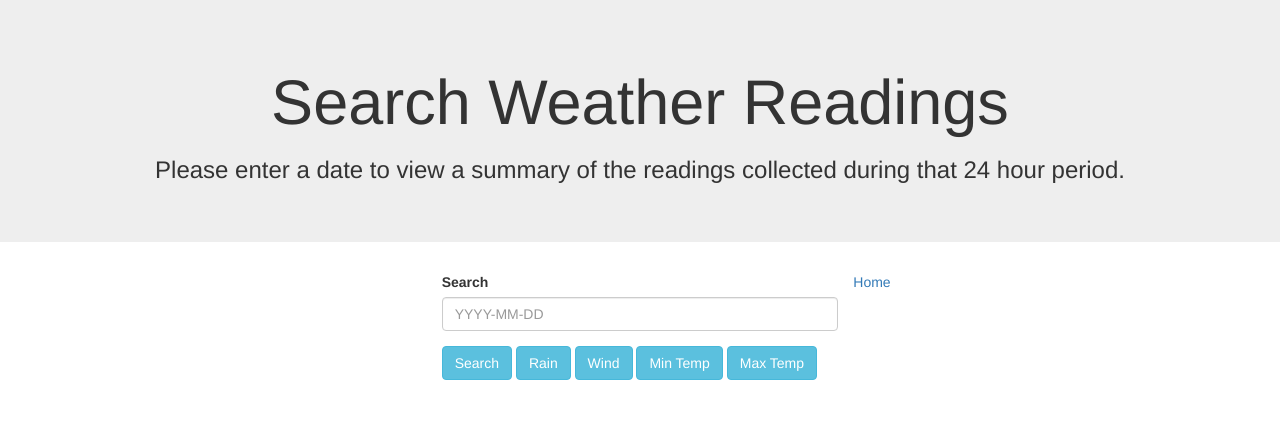
Repository: kralin27/ILC
Page: http://localhost/TESCWeather/WEB-INF/jsp/Search.jsp
These files come from the project's save history. The page is drawn as it stood at one moment and after the next save; the edit follows.
The browser window is 1280 px wide. The pictures show the whole page.
The page is served by Tomcat 9. Nobody is signed in. The template is opened directly, without the code that normally fills it, so the values that code supplies are empty.

Above is the page before, as saved 2016-12-13 00:12:21.

After the next save:
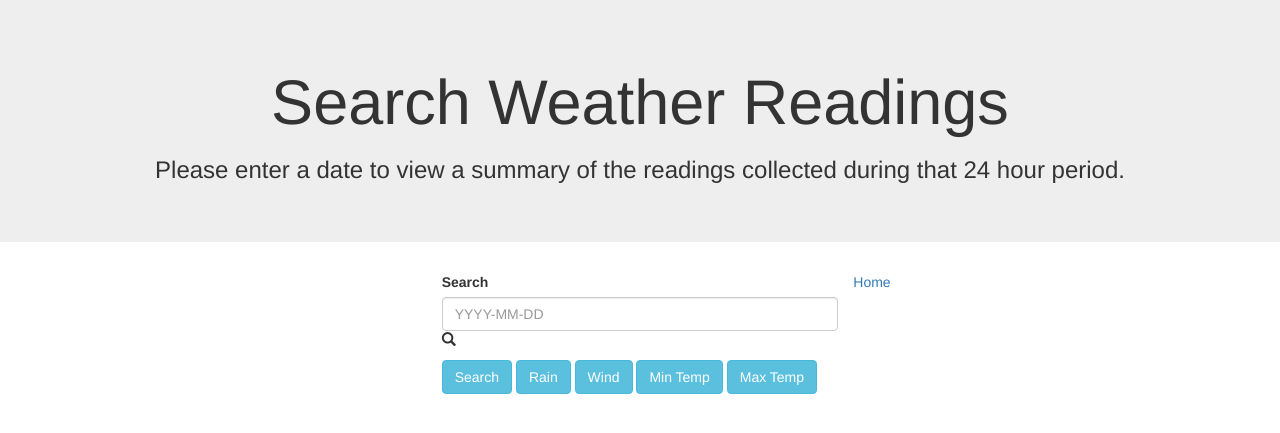
Saved 3 min 44 s later.
--- a/TESCWeather/src/main/webapp/WEB-INF/jsp/Search.jsp
+++ b/TESCWeather/src/main/webapp/WEB-INF/jsp/Search.jsp
@@ -47,6 +47,7 @@
           	<div class="form-group">
           		<label for="inputSearch">Search</label>
           		<input type="search" class="form-control" id=search" placeholder="YYYY-MM-DD">
+          		 <span class="glyphicon glyphicon-search">
           	</div>
           	<a class="btn btn-large btn-info" href="<spring:url value="/Search" />">Search</a>
           	<a class="btn btn-large btn-info" href="<spring:url value="/WeatherReadings/Measure/Rain" />">Rain</a>
